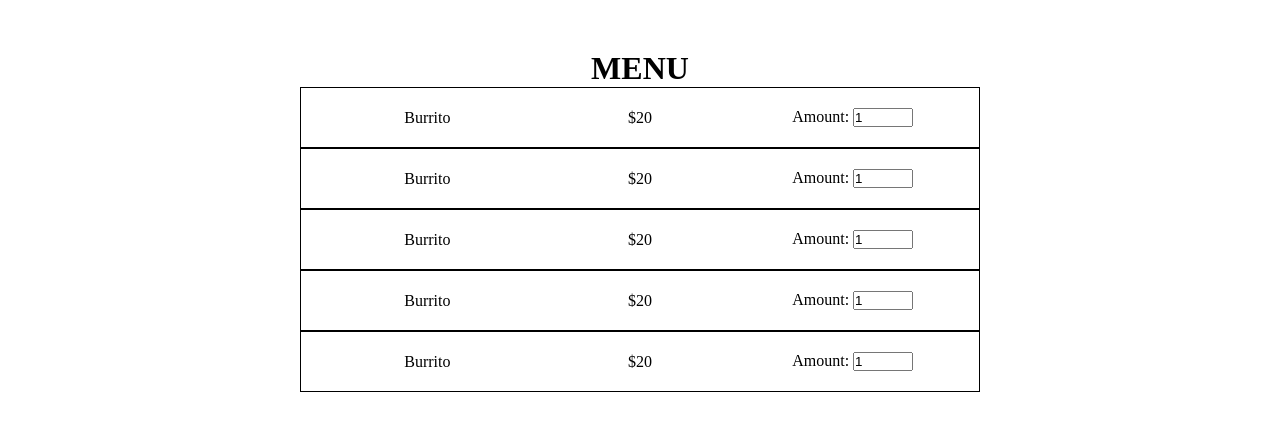
Repository: LamQuocPhu/JungTalent
Page: http://localhost/
An editor plug-in stored every save of this project. The page is shown before and after a run of saves, followed by the edit.
The browser window is 1280 px wide. The pictures show the whole page.
The page is served by the project's Node server (index.js).

Above is the page before, as saved 2023-10-25 23:03:52.

After the next 3 saves:
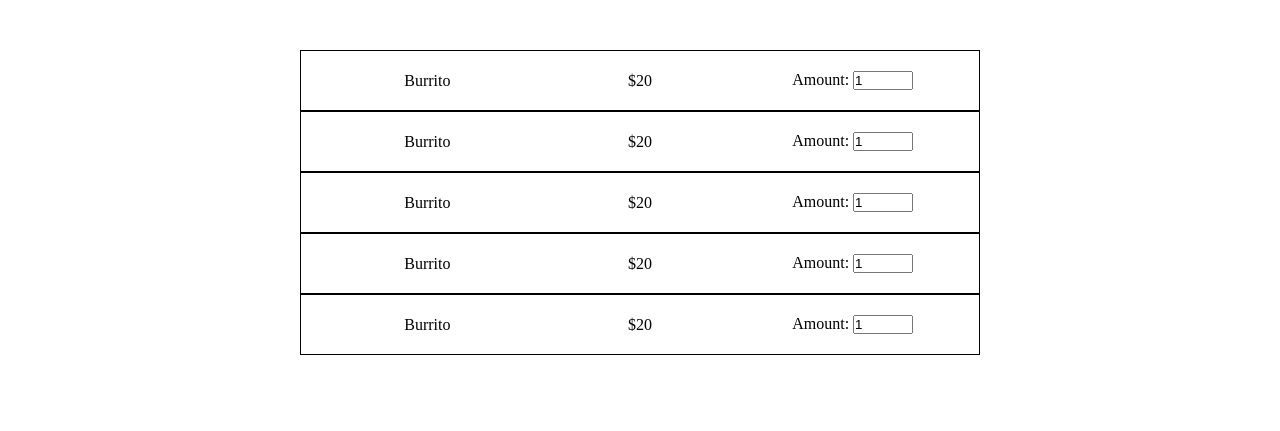
The 3 saves are shown as one change because they came seconds apart.
The last was saved 103 s later.
--- a/views/cart.ejs
+++ b/views/cart.ejs
@@ -8,7 +8,9 @@
   </head>
   <body>
     <div class="wrapper">
-      <h1>MENU</h1>
+        <div class="header">
+
+        </div>
       <div class="cart-item">
         <div class="item-name">
           <span>Burrito</span>

After the 2 saves that followed:
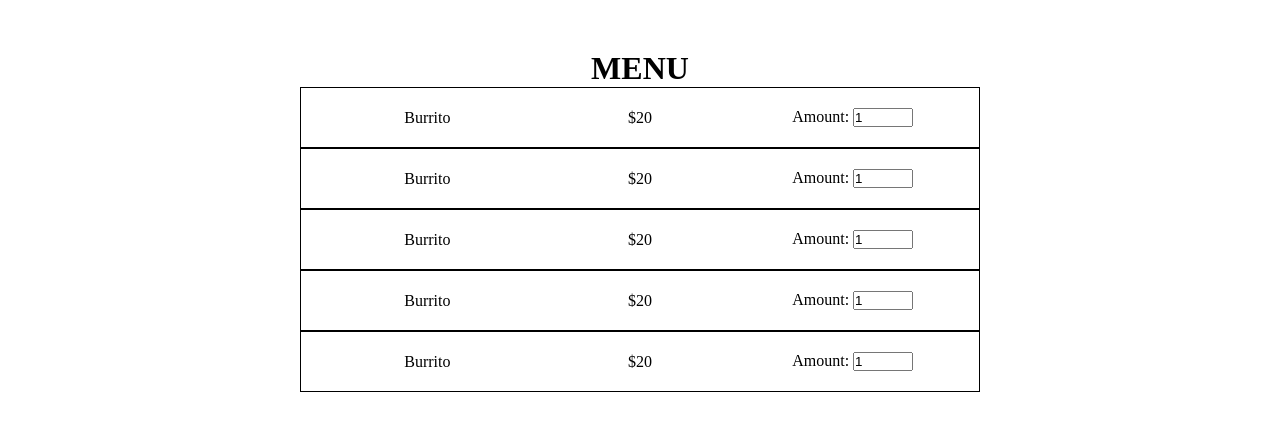
The 2 saves are shown as one change because they came seconds apart.
The last was saved 8 s later.
--- a/views/cart.ejs
+++ b/views/cart.ejs
@@ -9,7 +9,7 @@
   <body>
     <div class="wrapper">
         <div class="header">
-
+            <h1>MENU</h1>
         </div>
       <div class="cart-item">
         <div class="item-name">
